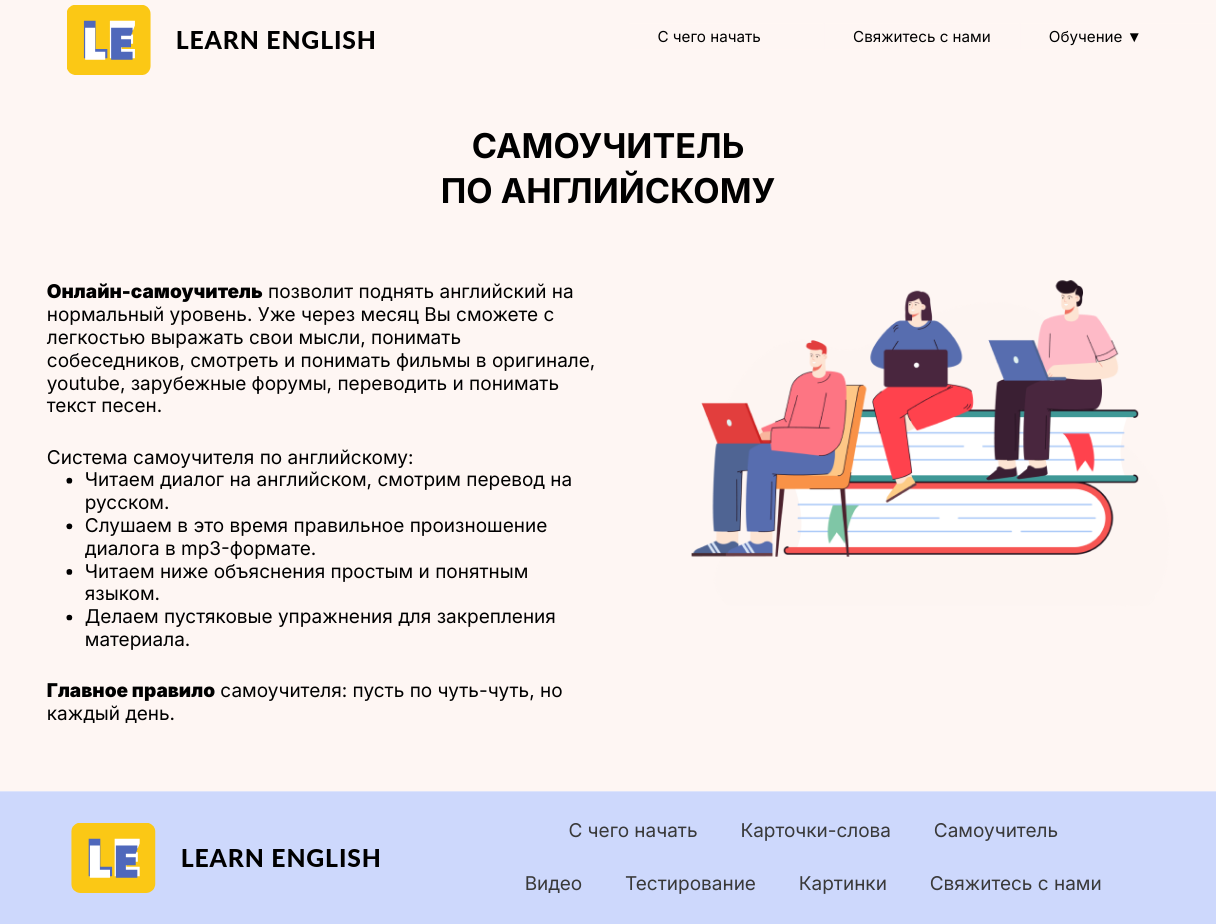
Repository: WladimirVA/Diplom
Page: scool/lesson.html
The author's editor kept a copy of each file at every save. The page is drawn from the files as they stood at one save, then again after the next save.
The browser window is 1280 px wide. The pictures show the whole page, at 95% of full size.

Above is the page before, as saved 2023-07-19 16:46:28.

After the next save:
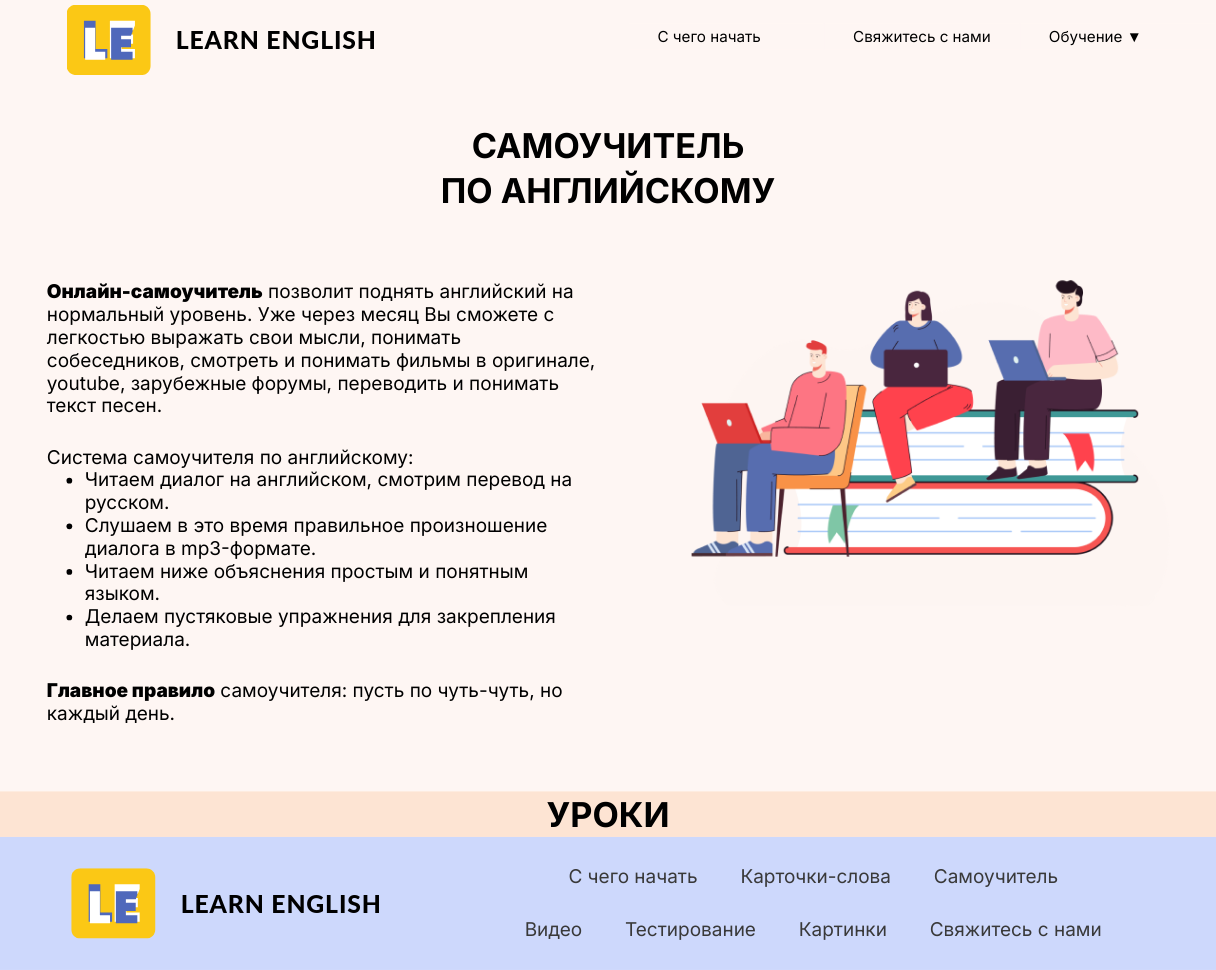
Saved 7 s later.
--- a/scool/lesson.html
+++ b/scool/lesson.html
@@ -64,6 +64,14 @@
                 </div>
             </div>
         </section>
+        <section class="LESSON">
+            <div class="section">
+                <div class="lesson">
+                    <p>уроки</p>
+                </div>
+
+            </div>
+        </section>
     </main>
     <footer class="FOOTER">
         <div class="section">
